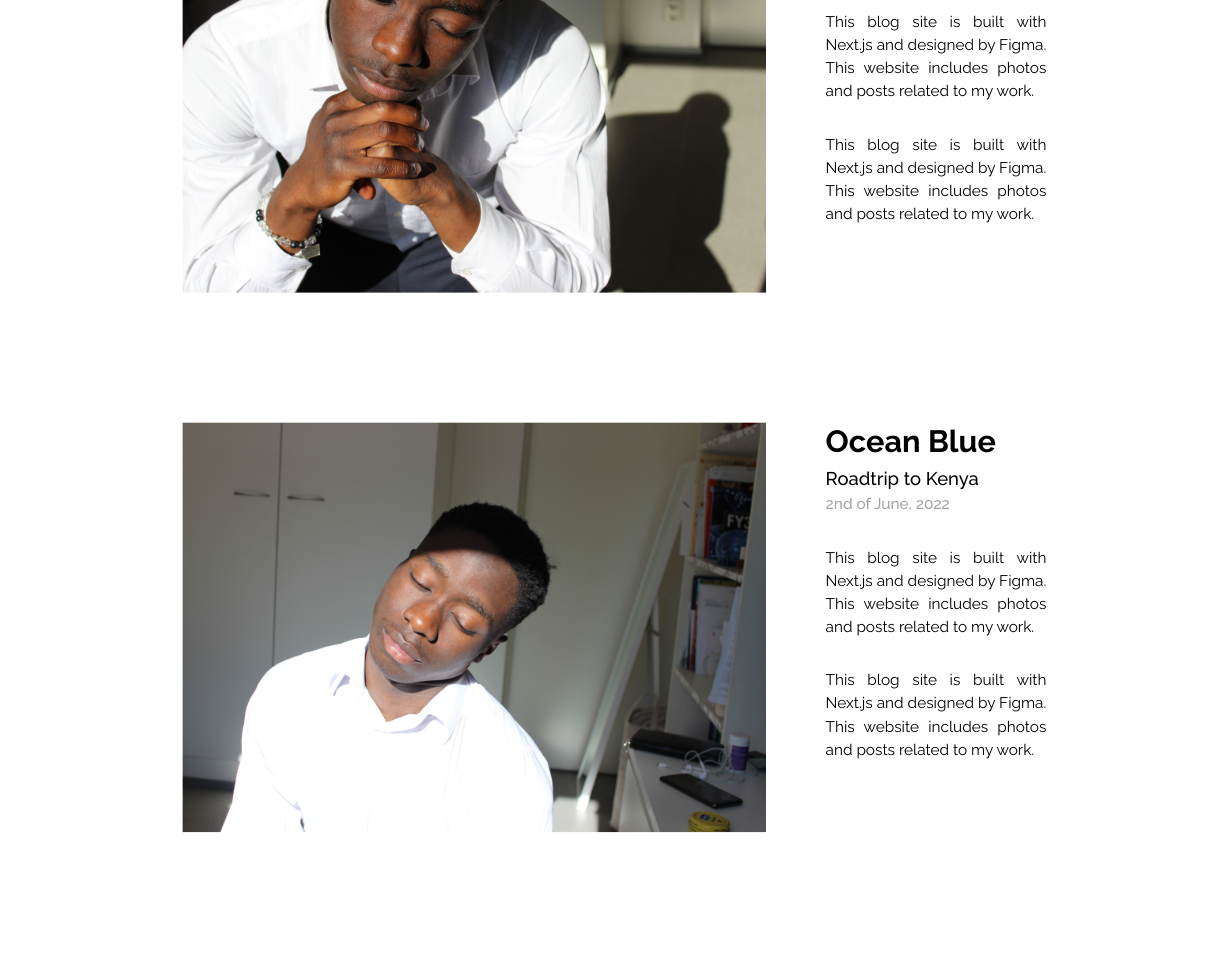
Repository: Graquick/Blog
Page: /photos
An editor plug-in stored every save of this project. The page is shown before and after the next save, followed by the edit.
The browser window is 1280 px wide. The pictures show the whole page, at 96% of full size.
The project was rebuilt for these pictures with package versions that can differ from the ones it lists, and the page was loaded fresh each time. The framework's server and built-in components were replaced by stand-ins that run in the browser. Also part of the build but not shown: next.config.js, components/Footer.js.

Above is the page before, as saved 2022-07-07 14:30:57.

After the next save:
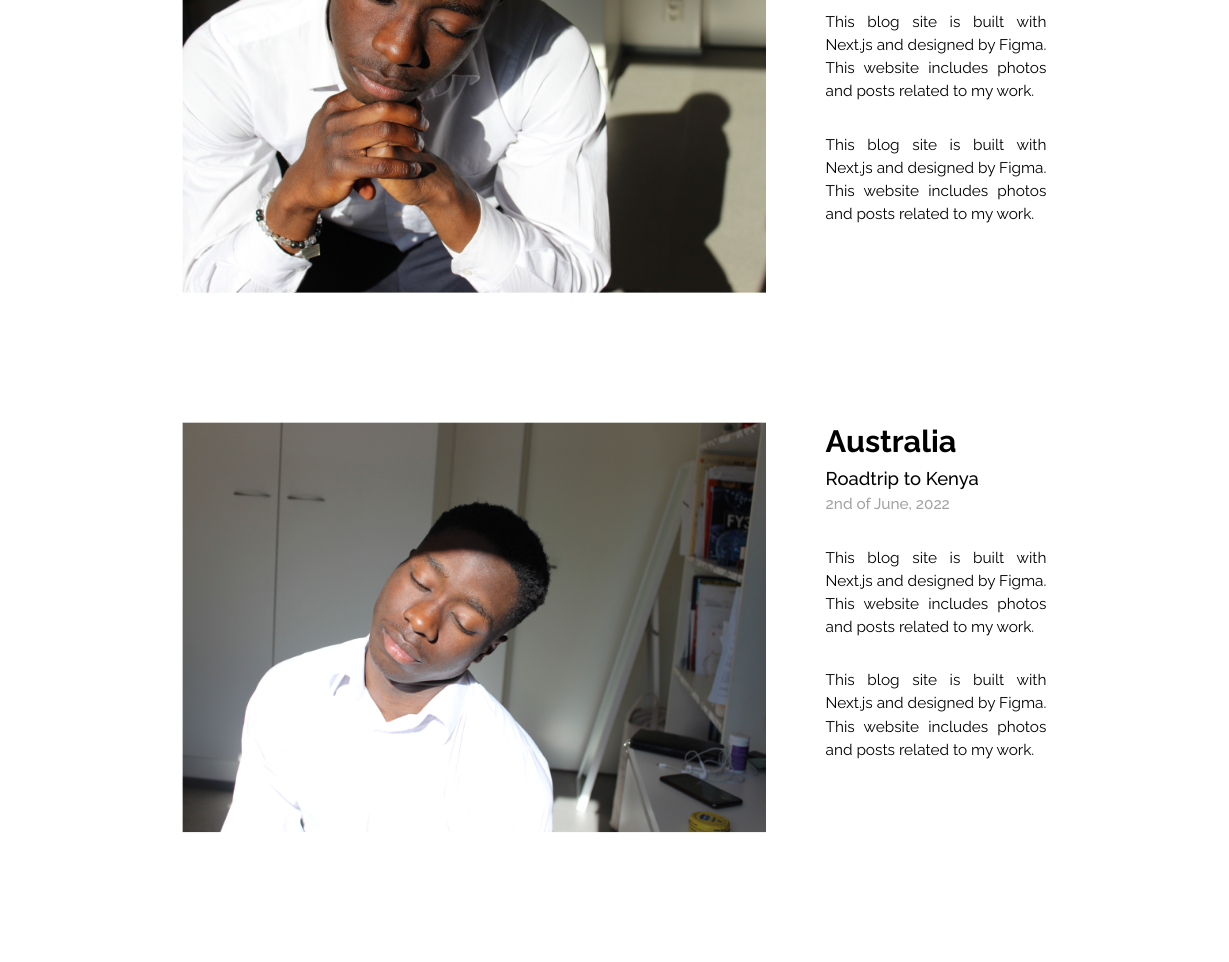
Saved 27 s later.
--- a/pages/photos.js
+++ b/pages/photos.js
@@ -20,7 +20,7 @@
 
 const desc = [
     { id: 1, title: 'Savannah', info: "Roadtrip to Kenya", date: "2nd of June, 2022", text: "This blog site is built with Next.js and designed by Figma. This website includes photos and posts related to my work." },
-    { id: 2, title: 'Ocean Blue', info: "Roadtrip to Kenya", date: "2nd of June, 2022", text: "This blog site is built with Next.js and designed by Figma. This website includes photos and posts related to my work."}
+    { id: 2, title: 'Australia', info: "Roadtrip to Kenya", date: "2nd of June, 2022", text: "This blog site is built with Next.js and designed by Figma. This website includes photos and posts related to my work."}
 ]
 
 const layInfo = {

After the save that followed:
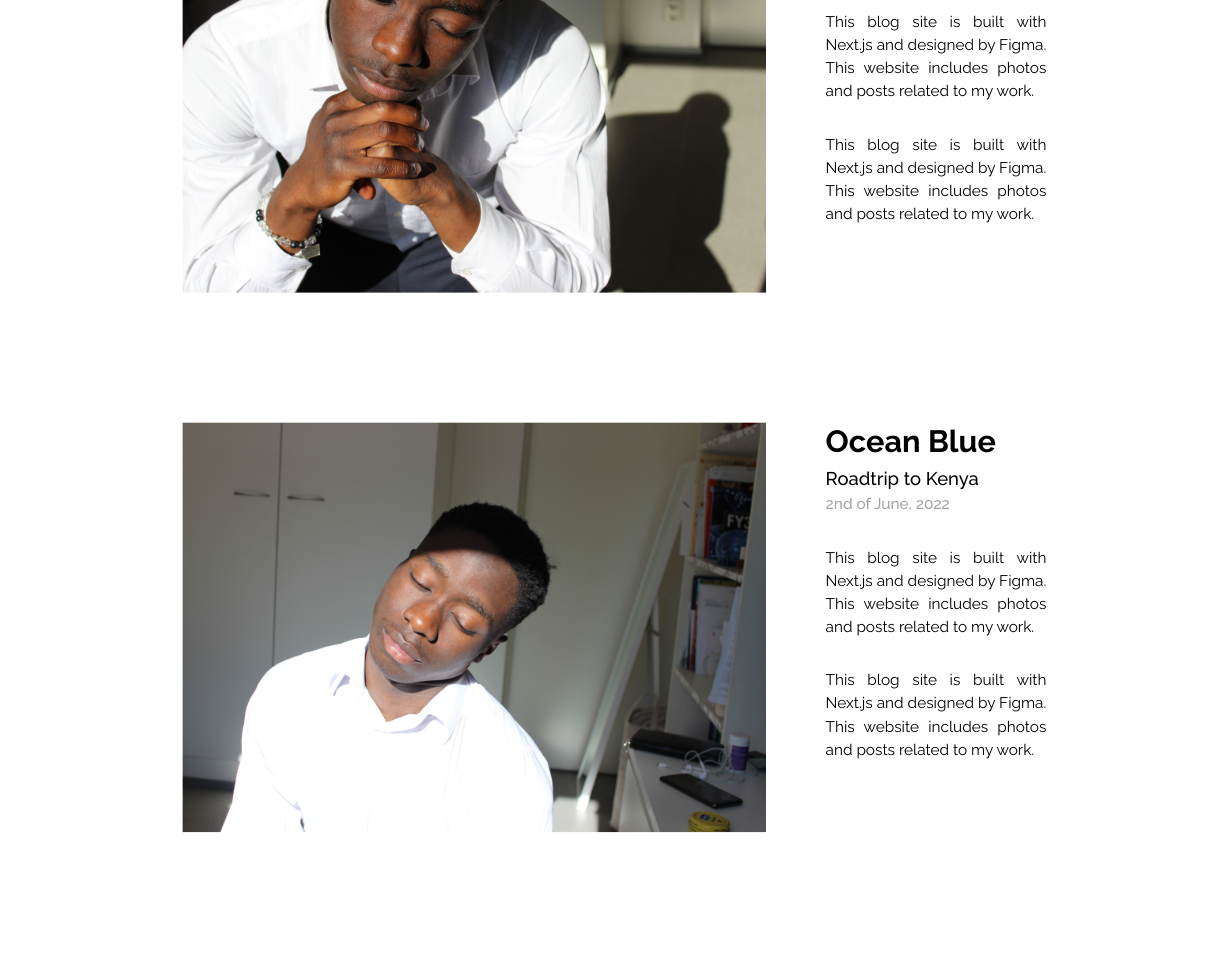
Saved 6 s later.
--- a/pages/photos.js
+++ b/pages/photos.js
@@ -20,7 +20,7 @@
 
 const desc = [
     { id: 1, title: 'Savannah', info: "Roadtrip to Kenya", date: "2nd of June, 2022", text: "This blog site is built with Next.js and designed by Figma. This website includes photos and posts related to my work." },
-    { id: 2, title: 'Australia', info: "Roadtrip to Kenya", date: "2nd of June, 2022", text: "This blog site is built with Next.js and designed by Figma. This website includes photos and posts related to my work."}
+    { id: 2, title: 'Ocean Blue', info: "Roadtrip to Kenya", date: "2nd of June, 2022", text: "This blog site is built with Next.js and designed by Figma. This website includes photos and posts related to my work."}
 ]
 
 const layInfo = {
